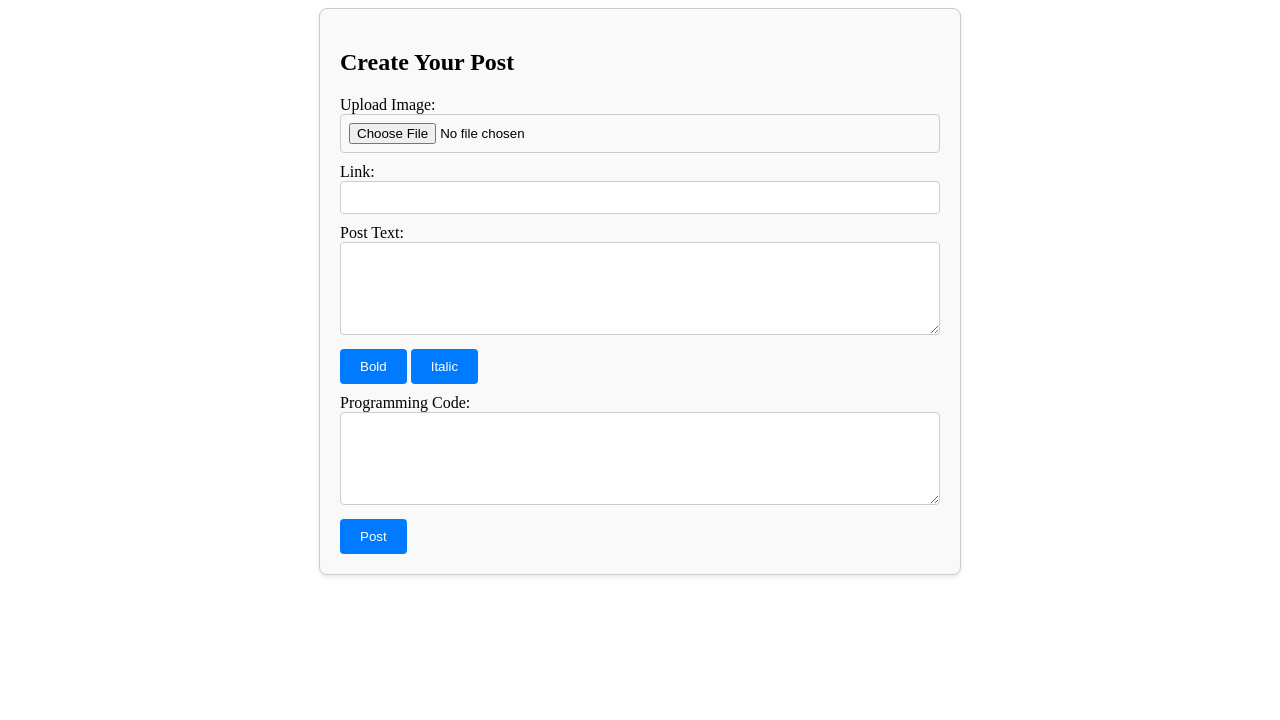
Repository: jaseem1999/sdCommunity
Page: http://localhost/sdCommunity/UserPost.jsp
An editor plug-in stored every save of this project. The page is shown before and after the next save, followed by the edit.
The browser window is 1280 px wide. The pictures show the whole page.
The page is served by Tomcat 9. Other server files are loaded and not shown.

Above is the page before, as saved 2023-09-29 13:55:52.

### sdCommunity/src/main/webapp/UserPost.jsp
<%@ page language="java" contentType="text/html; charset=ISO-8859-1"
    pageEncoding="ISO-8859-1"%>
<!DOCTYPE html>
<html lang="en">
<head>
<meta charset="UTF-8">
<title>Insert title here</title>
<style>
    .post-form {
        max-width: 600px;
        margin: auto;
        padding: 20px;
        background-color: #f9f9f9;
        border: 1px solid #ccc;
        border-radius: 8px;
        box-shadow: 0 2px 4px rgba(0,0,0,0.1);
    }
    input, textarea, select {
        width: 100%;
        padding: 8px;
        margin-bottom: 10px;
        border: 1px solid #ccc;
        border-radius: 4px;
        box-sizing: border-box;
    }
    button {
        padding: 10px 20px;
        background-color: #007bff;
        color: #fff;
        border: none;
        border-radius: 4px;
        cursor: pointer;
    }
    button:hover {
        background-color: #0056b3;
    }
    .format-options {
        margin-bottom: 10px;
    }
</style>
</head>
<body>
    <div class="post-form">
        <h2>Create Your Post</h2>
        <form>
            <label for="image">Upload Image:</label>
            <input type="file" id="image" name="image" accept="image/*"><br>

            <label for="link">Link:</label>
            <input type="url" id="link" name="link"><br>

            <label for="text">Post Text:</label>
            <textarea id="text" name="text" rows="5"></textarea><br>

            <div class="format-options">
                <button type="button" onclick="makeBold()">Bold</button>
                <button type="button" onclick="makeItalic()">Italic</button>
            </div>

            <label for="code">Programming Code:</label>
            <textarea id="code" name="code" rows="5"></textarea><br>

            <button type="submit">Post</button>
        </form>
    </div>

    <script>
        function makeBold() {
            var textarea = document.getElementById('text');
            var selectedText = textarea.value.substring(textarea.selectionStart, textarea.selectionEnd);
            var beforeText = textarea.value.substring(0, textarea.selectionStart);
            var afterText = textarea.value.substring(textarea.selectionEnd);
            textarea.value = beforeText + '<b>' + selectedText + '</b>' + afterText;
        }

        function makeItalic() {
            var textarea = document.getElementById('text');
            var selectedText = textarea.value.substring(textarea.selectionStart, textarea.selectionEnd);
            var beforeText = textarea.value.substring(0, textarea.selectionStart);
            var afterText = textarea.value.substring(textarea.selectionEnd);
            textarea.value = beforeText + '<i>' + selectedText + '</i>' + afterText;
        }


        document.querySelector('form').addEventListener('submit', function(e) {
            e.preventDefault();

            // Get form values
            var image = document.getElementById('image').value;
            var link = document.getElementById('link').value;
            var text = document.getElementById('text').value;
            var code = document.getElementById('code').value;

            // You can now use these values to construct your social media post
            console.log('Image:', image);
            console.log('Link:', link);
            console.log('Text:', text);
            console.log('Code:', code);
        });
    </script>
</body>
</html>

After the next save:
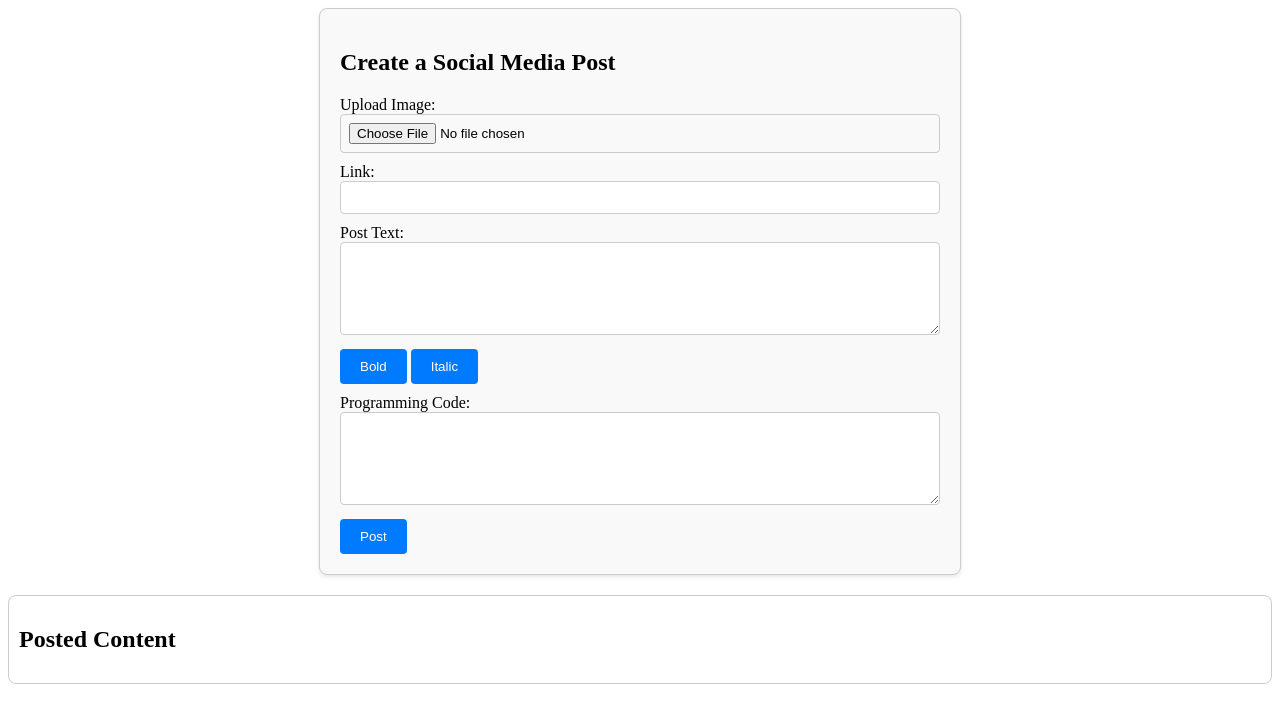
Saved 6 min 35 s later.
--- a/sdCommunity/src/main/webapp/UserPost.jsp
+++ b/sdCommunity/src/main/webapp/UserPost.jsp
@@ -37,11 +37,18 @@
     .format-options {
         margin-bottom: 10px;
     }
+    .post-display {
+        margin-top: 20px;
+        border: 1px solid #ccc;
+        padding: 10px;
+        background-color: #fff;
+        border-radius: 8px;
+    }
 </style>
 </head>
 <body>
     <div class="post-form">
-        <h2>Create Your Post</h2>
+        <h2>Create a Social Media Post</h2>
         <form>
             <label for="image">Upload Image:</label>
             <input type="file" id="image" name="image" accept="image/*"><br>
@@ -64,6 +71,11 @@
         </form>
     </div>
 
+    <div class="post-display" id="postDisplay">
+        <h2>Posted Content</h2>
+        <div id="displayContent"></div>
+    </div>
+
     <script>
         function makeBold() {
             var textarea = document.getElementById('text');
@@ -81,7 +93,6 @@
             textarea.value = beforeText + '<i>' + selectedText + '</i>' + afterText;
         }
 
-
         document.querySelector('form').addEventListener('submit', function(e) {
             e.preventDefault();
 
@@ -91,11 +102,24 @@
             var text = document.getElementById('text').value;
             var code = document.getElementById('code').value;
 
-            // You can now use these values to construct your social media post
-            console.log('Image:', image);
-            console.log('Link:', link);
-            console.log('Text:', text);
-            console.log('Code:', code);
+            // Display the content
+            var displayContent = document.getElementById('displayContent');
+            displayContent.innerHTML = '';
+            if (image) {
+                displayContent.innerHTML += `<img src="${image}" alt="Uploaded Image"><br>`;
+            }
+            if (link) {
+                displayContent.innerHTML += `<a href="${link}">${link}</a><br>`;
+            }
+            if (text) {
+                displayContent.innerHTML += `<p>${text}</p>`;
+            }
+            if (code) {
+                displayContent.innerHTML += `<pre><code>${code}</code></pre>`;
+            }
+
+            // Scroll to the display section
+            document.getElementById('postDisplay').scrollIntoView({ behavior: 'smooth' });
         });
     </script>
 </body>
